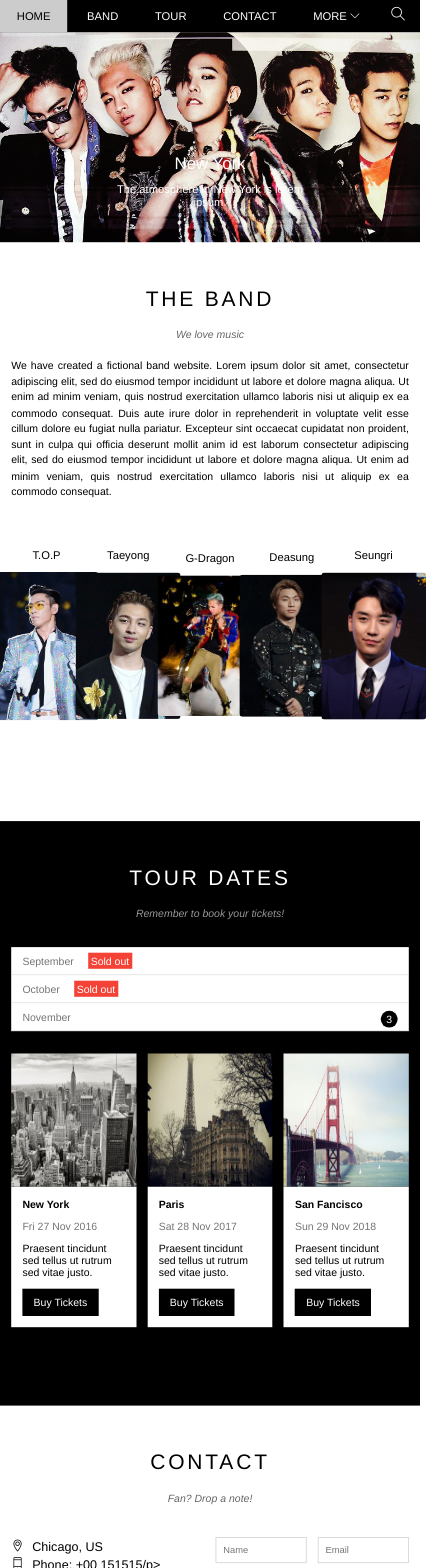
Repository: ThinhTran2k/BigBang-Band-Website
Page: index.html
The author's editor kept a copy of each file at every save. The page is drawn from the files as they stood at one save, then again after a run of saves.
The browser window is 600 px wide. The page is 609 px wide, so the pictures cover 609 px, including what lies to the right of the window. The pictures show the part of the page from y = 0 to 2240 px (the page is 2991 px tall), at 70% of full size.

Above is the page before, as saved 2021-03-15 15:30:30.

After the next 2 saves:
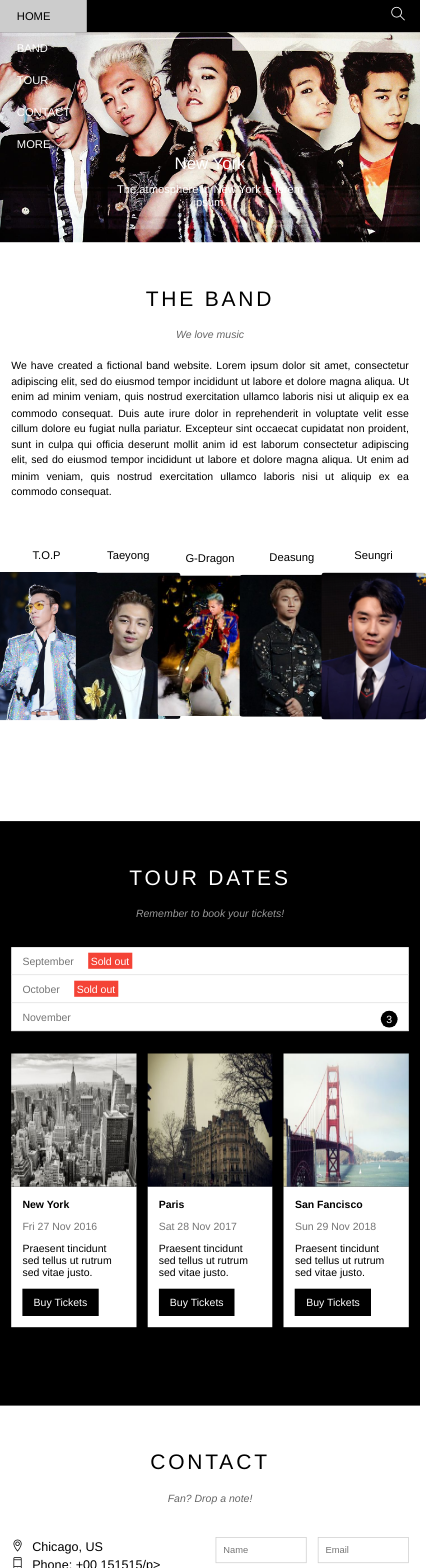
The 2 saves are shown as one change because they came seconds apart.
The last was saved 2 min 11 s later.
--- a/asset/css/responsive.css
+++ b/asset/css/responsive.css
@@ -1,4 +1,6 @@
 /* Mobile */
 @media (max-width: 740px) {
-
+    .nav > li {
+        display: block;
+    }
 }
